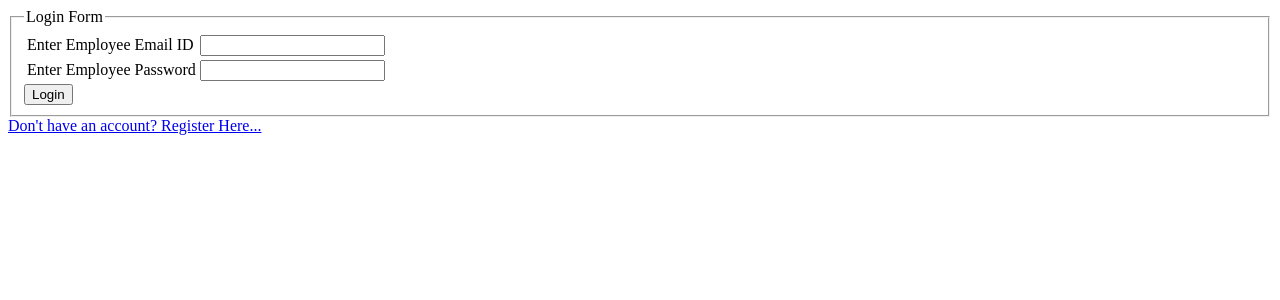
Repository: PriyankaBelote/all-eclipse-project
Page: http://localhost/springmvcemployeemanagement/WEB-INF/views/loginForm.jsp
An editor plug-in stored every save of this project. The page is shown before and after the next save, followed by the edit.
The browser window is 1280 px wide. The pictures show the whole page.
The page is served by Tomcat 9. Nobody is signed in. Other server files are loaded and not shown. The template is opened directly, without the code that normally fills it, so the values that code supplies are empty.

Above is the page before, as saved 2022-10-24 17:54:34.

### springmvcemployeemanagement/src/main/webapp/WEB-INF/views/loginForm.jsp
<%@ page language="java" contentType="text/html; charset=ISO-8859-1"
	pageEncoding="ISO-8859-1"%>
<%
String errMsg = (String) request.getAttribute("errMsg");
%>
<!DOCTYPE html>
<html>
<head>
<meta charset="ISO-8859-1">
<title>Insert title here</title>
</head>
<body>
	<fieldset>
		<legend>Login Form</legend>
		<table>
			<tr>
				<td><label>Enter Employee Email ID</label></td>
				<td><input type="email" name="empEmail"></td>
			</tr>

			<tr>
				<td><label>Enter Employee Password</label></td>
				<td><input type="password" name="empPassword"></td>
			</tr>

		</table>
		<input type="submit" value="Login">

	</fieldset>

	<a href="./register">Don't have an account? Register Here...</a>
</body>
</html>

After the next save:
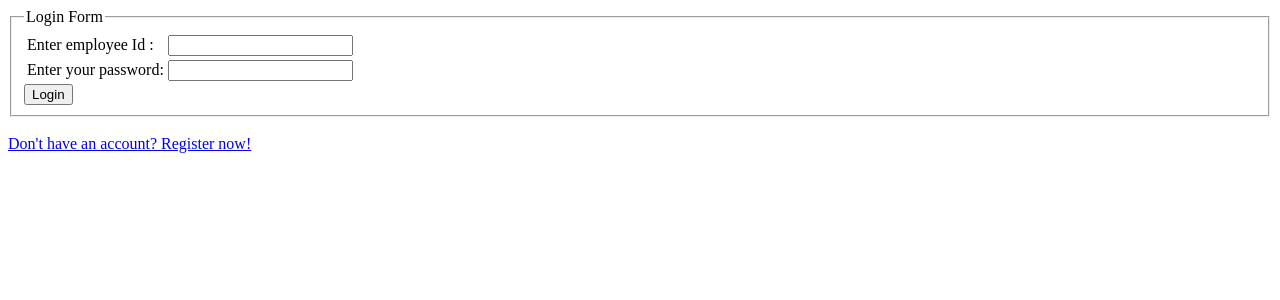
Saved 85 s later.
--- a/springmvcemployeemanagement/src/main/webapp/WEB-INF/views/loginForm.jsp
+++ b/springmvcemployeemanagement/src/main/webapp/WEB-INF/views/loginForm.jsp
@@ -12,22 +12,21 @@ String errMsg = (String) request.getAttribute("errMsg");
 <body>
 	<fieldset>
 		<legend>Login Form</legend>
-		<table>
-			<tr>
-				<td><label>Enter Employee Email ID</label></td>
-				<td><input type="email" name="empEmail"></td>
-			</tr>
-
-			<tr>
-				<td><label>Enter Employee Password</label></td>
-				<td><input type="password" name="empPassword"></td>
-			</tr>
-
-		</table>
-		<input type="submit" value="Login">
-
+		<form action="./login" method="post">
+			<table>
+				<tr>
+					<td><label>Enter employee Id :</label></td>
+					<td><input type="text" name="empId"></td>
+				</tr>
+				<tr>
+					<td><label>Enter your password:</label></td>
+					<td><input type="password" name="password"></td>
+				</tr>
+			</table>
+			<input type="submit" value="Login">
+		</form>
 	</fieldset>
-
-	<a href="./register">Don't have an account? Register Here...</a>
+	<br>
+	<a href="./register">Don't have an account? Register now!</a>
 </body>
 </html>
